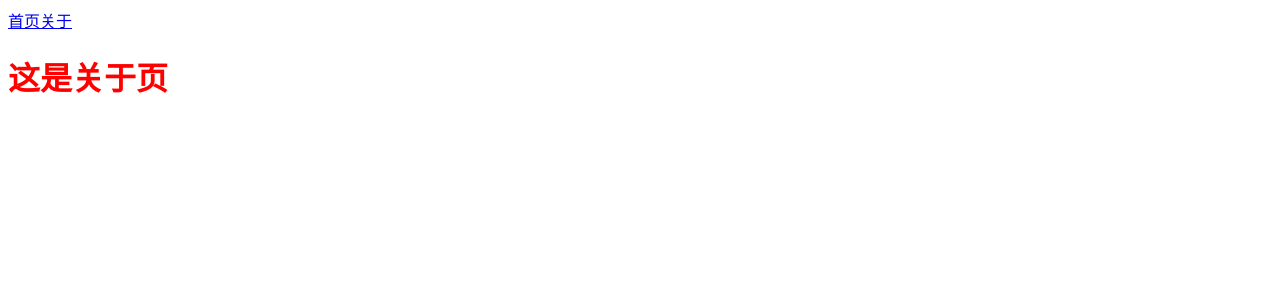
Repository: aiyoudiao/aiyou-vue3-example
Page: /#/about (app in example-01/)
The author's editor kept a copy of each file at every save. The page is drawn from the files as they stood at one save, then again after the next save.
The browser window is 1280 px wide. The pictures show the whole page.
The project was rebuilt for these pictures with package versions that can differ from the ones it lists, and the page was loaded fresh each time. Also part of the build but not shown: example-01/vite.config.js, example-01/src/pages/home.vue.

Above is the page before, as saved 2021-11-01 16:15:08.

After the next save:
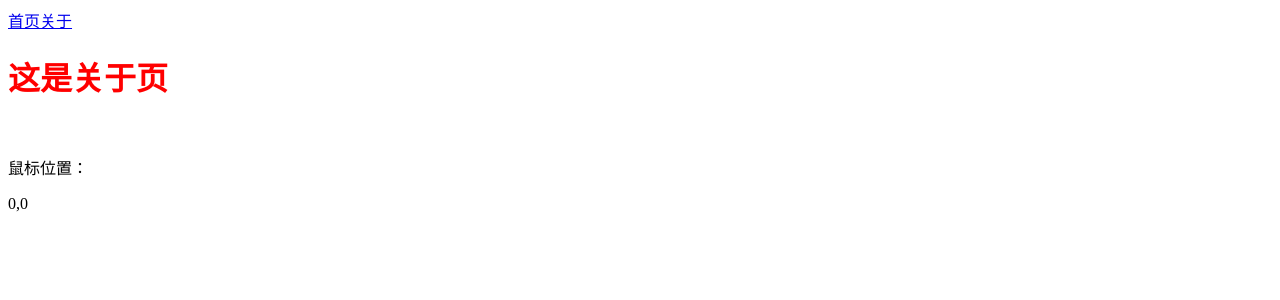
Saved 88 s later.
--- a/example-01/src/pages/about.vue
+++ b/example-01/src/pages/about.vue
@@ -1,3 +1,12 @@
 <template>
     <h1>这是关于页</h1>
+    <br>
+    <p>鼠标位置：</p>
+    <p>{{x}},{{y}}</p>
 </template>
+
+<script setup>
+    import {useMouse} from '../utils/mouse'
+
+    const {x,y} = useMouse()
+</script>
